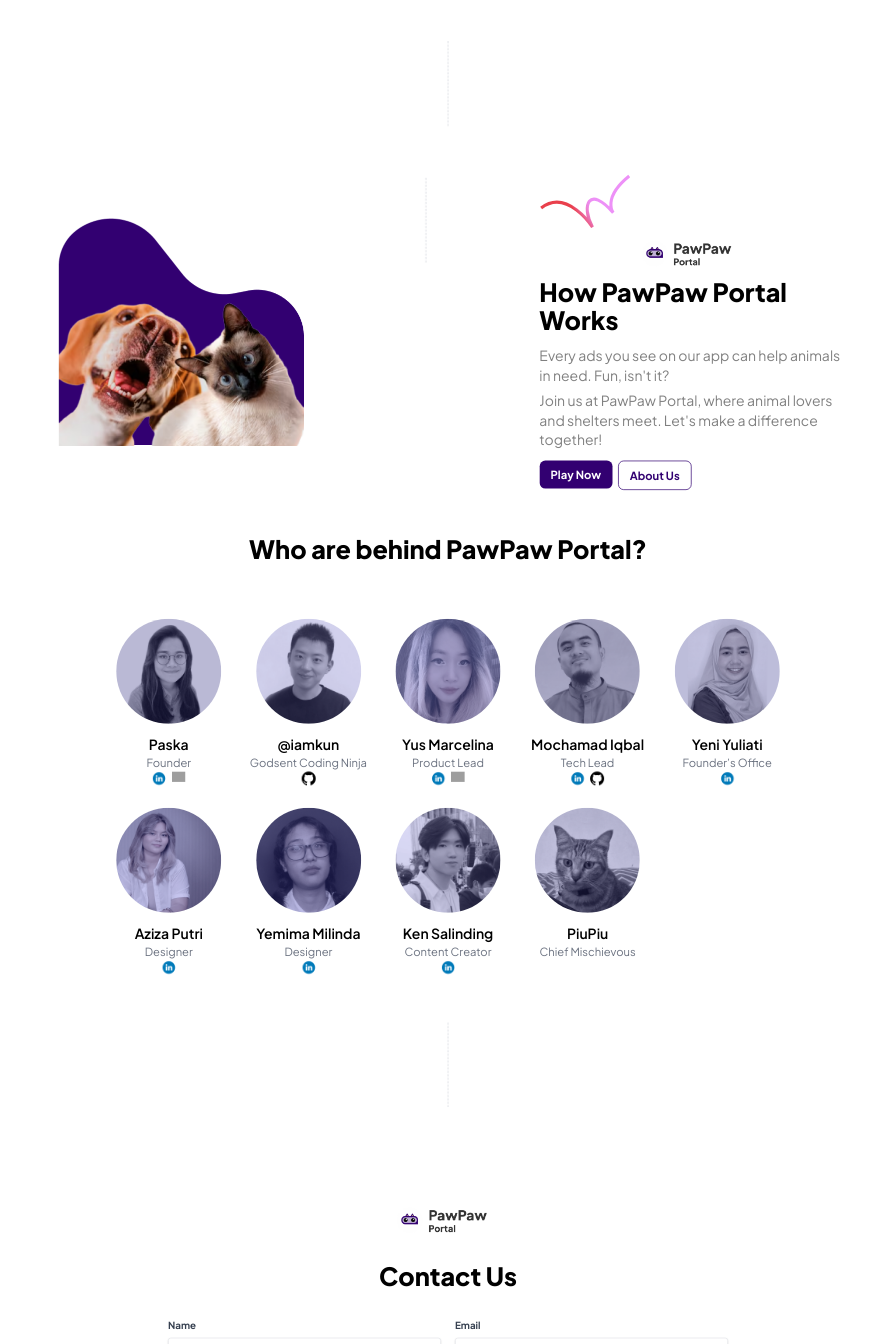
Repository: paskasiregar/pawpawwebsite
Page: /
The author's editor kept a copy of each file at every save. The page is drawn from the files as they stood at one save, then again after the next save.
The browser window is 1280 px wide. The pictures show the part of the page from y = 930 to 2850 px (the page is 3811 px tall before and 3980 px after), at 70% of full size.
Pictures or frames that could not be fetched are drawn as grey boxes. The project was rebuilt for these pictures with package versions that can differ from the ones it lists, and the page was loaded fresh each time. Some packages were replaced by stand-ins written for this rebuild. The framework's server and built-in components were replaced by stand-ins that run in the browser. Also part of the build but not shown: next.config.js, next.config.mjs.

Above is the page before, as saved 2024-09-11 19:14:14.

### src/app/layout.js
import { Inter } from "next/font/google";
import "./globals.css";
import { Analytics } from "@vercel/analytics/react";
import Script from "next/script";
import Head from "next/head";

const inter = Inter({ subsets: ["latin"] });

export const metadata = {
  title: "PawPaw Portal | Your One-Stop Shelter",
  description: "Your One-Stop Shelter",
};

export default function RootLayout({ children }) {
  return (
    <html lang="en">
      <Head>
        <meta
          name="google-adsense-account"
          content="ca-pub-4770655134097556"
        ></meta>
      </Head>
      <body className={inter.className}>{children}</body>
      {/* <Script
        type="text/javascript"
        src="//pl24310112.cpmrevenuegate.com/cc/a3/1e/cca31e5e9811b252527560f4431eff54.js"
      ></Script> */}
    </html>
  );
}

### src/app/page.js
import { Contact } from "@/components/contact";
import { Divider } from "@/components/divider";
import { Footer } from "@/components/footer";
import { Header } from "@/components/header";
import CTA from "@/components/CTA";
import Hero from "@/components/hero";
import PrimaryButton from "@/components/primaryButton";
import SecButton from "@/components/secButton";
import Image from "next/image";
import bannerImage from "../assets/banner.png";
import logoHeaderImage from "../assets/banner-10.png";
import Link from "next/link";
import Head from "next/head";
import Script from "next/script";
import Team from "@/components/team";

export default async function Home() {
  return (
    <div className="mt-40 mb-0 w-full font-plus-jakarta m-auto flex min-h-screen flex-col items-center justify-between">
      <Head></Head>
      {/* CPM Revenue script */}
      {/* <Script
        type="text/javascript"
        src="//pl24310112.cpmrevenuegate.com/cc/a3/1e/cca31e5e9811b252527560f4431eff54.js"
      ></Script>
      <Script
        type="text/javascript"
        src="//inmateimpossibility.com/cc/a3/1e/cca31e5e9811b252527560f4431eff54.js"
      ></Script> */}

      {/* Google Tag Manager script */}
      <Script
        async
        src="https://www.googletagmanager.com/gtag/js?id=G-JXSG3Z992D"
      ></Script>

      {/* Inline GTM script */}
      <Script
        id="google-analytics"
        dangerouslySetInnerHTML={{
          __html: `
            window.dataLayer = window.dataLayer || [];
            function gtag(){dataLayer.push(arguments);}
            gtag('js', new Date());
            gtag('config', 'G-JXSG3Z992D');
          `,
        }}
      />

      {/* Google Adsense*/}
      <Script
        async
        src="https://pagead2.googlesyndication.com/pagead/js/adsbygoogle.js?client=ca-pub-4770655134097556"
        crossorigin="anonymous"
      ></Script>

      {/* Consent
      <Script
        id="usercentrics-cmp"
        src="https://app.usercentrics.eu/browser-ui/latest/loader.js"
        data-settings-id="3G7ZX3kQGi-Q4R"
        async
      ></Script>
      <Script
        id="usercentrics-cmp"
        src="https://app.usercentrics.eu/browser-ui/latest/loader.js"
        data-settings-id="3G7ZX3kQGi-Q4R"
        async
      ></Script> */}

      <section className="w-full">
        <div className="centeredcontainer main-container">
          <Header />
        </div>
        <main className="main-container">
          <div className="animate-fade-in-up">
            <Hero />
          </div>
          <Divider />
          <div className="self-stretch bg-white flex flex-col md:flex-row">
            <div className="flex-1 relative h-48 md:h-[489px] z-[0] flex items-center justify-center">
              <Image
                className="w-[80%] h-auto object-cover"
                alt="banner"
                src={bannerImage}
                width={200}
                height={200}
              />
            </div>

            {/* How it works */}
            <Divider />
            <div
              id="how-it-works"
              className="flex-1 flex flex-col items-center md:items-start justify-center gap-4 p-4 md:p-8"
            >
              <div className="space-y-4">
                <div className="flex justify-center md:justify-start">
                  <svg
                    width="130"
                    height="77"
                    viewBox="0 0 130 77"
                    fill="none"
                    xmlns="http://www.w3.org/2000/svg"
                  >
                    <path
                      d="M2.04016 48.038C39.1938 19.0059 75.4362 75.5193 75.4362 75.5193C58.6481 44.4597 70.5515 14.7701 105.05 54.8444C105.05 54.8444 88.8644 34.0647 127.885 2.52962"
                      stroke="url(#paint0_linear_545_35744)"
                      strokeWidth="4.42591"
                      strokeMiterlimit="10"
                      strokeLinejoin="bevel"
                    />
                    <defs>
                      <linearGradient
                        id="paint0_linear_545_35744"
                        x1="19.971"
                        y1="73.8863"
                        x2="126.116"
                        y2="-0.218346"
                        gradientUnits="userSpaceOnUse"
                      >
                        <stop offset="0.2868" stopColor="#E9404C" />
                        <stop offset="0.2967" stopColor="#EA475C" />
                        <stop offset="0.3252" stopColor="#EB5B85" />
                        <stop offset="0.3554" stopColor="#EB6CA8" />
                        <stop offset="0.3871" stopColor="#EC79C5" />
                        <stop offset="0.4209" stopColor="#EC84DB" />
                        <stop offset="0.4577" stopColor="#ED8BEB" />
                        <stop offset="0.4998" stopColor="#ED90F4" />
                        <stop offset="0.5589" stopColor="#ED91F7" />
                      </linearGradient>
                    </defs>
                  </svg>
                </div>
                <div className="hidden md:flex items-center justify-center">
                  <Image
                    className="w-36 h-10 object-cover"
                    alt="Logo"
                    src={logoHeaderImage}
                    width={120}
                    height={20}
                  />
                </div>
                <div className="flex flex-col items-center md:items-start">
                  <div className="relative font-extrabold text-2xl md:text-4xl text-center md:text-left">
                    How PawPaw Portal Works
                  </div>
                </div>
                <div className="self-stretch flex flex-col md:flex-row items-center md:items-start justify-start text-lg md:text-xl text-gray-500">
                  <div className="flex-1 flex flex-col items-center md:items-start justify-start">
                    <div className="self-stretch">
                      <p className="m-0 text-center md:text-left">
                        Every ads you see on our app can help animals in need.
                        Fun, isn&apos;t it?
                      </p>
                      <p className="m-2"></p>
                      <p className="m-0 text-center md:text-left">
                        Join us at PawPaw Portal, where animal lovers and
                        shelters meet. Let&apos;s make a difference together!
                      </p>
                    </div>
                  </div>
                </div>
                <div className="flex flex-col md:flex-row gap-2">
                  <Link href="https://game.pawpawportal.com">
                    <PrimaryButton
                      className="w-full"
                      href="https://game.pawpawportal.com"
                    >
                      Play Now
                    </PrimaryButton>
                  </Link>
                  <Link
                    href="#team"
                    className="flex flex-col md:flex-row gap-2"
                  >
                    <SecButton>About Us</SecButton>
                  </Link>
                </div>
              </div>
            </div>
          </div>
          <Team />
          <Divider />
          <Contact />
        </main>
        <div className="w-full">
          <div>
            <CTA />
          </div>
          <div id="about-us">
            <Footer />
          </div>
        </div>
      </section>
    </div>
  );
}

### src/app/globals.css
@import url("https://fonts.googleapis.com/css2?family=Plus+Jakarta+Sans:wght@400;600;700;800&display=swap");

@tailwind base;
@tailwind components;
@tailwind utilities;

html,
body {
  width: 100%;
  height: 100%;
  margin: 0;
  padding: 0;
}

p,
ul {
  color: gray;
  margin-bottom: 2px;
}

section {
  margin-bottom: 8px;
}

.hero-bg {
  display: flex;
  background: radial-gradient(circle,
      rgb(204, 188, 230) 10%,
      rgb(255, 255, 255) 50%);
}

.cta-container {
  display: flex;
  justify-content: center;
  align-items: center;
  position: relative;
  background: radial-gradient(circle, rgb(14, 4, 4) 0%, rgb(14, 1, 51) 100%);
  padding: 20px;
  gap: 20px;
  min-height: 200px;
}

.cta-button {
  display: inline-block;
  padding: 20px 40px;
  font-size: 24px;
  font-weight: bold;
  color: white;
  background: black;
  border-radius: 40px;
  position: relative;
  z-index: 1;
  overflow: hidden;
  transition: all 0.3s ease;
  text-align: center;
}

.cta-button::before {
  content: "";
  position: absolute;
  top: -2px;
  left: -2px;
  right: -2px;
  bottom: -2px;
  background: linear-gradient(90deg,
      rgb(255, 244, 97) 0%,
      rgb(187, 61, 255) 50%,
      rgb(142, 23, 23) 100%);
  z-index: -1;
  border-radius: inherit;
}

.cta-button::after {
  content: "";
  position: absolute;
  top: 2px;
  left: 2px;
  right: 2px;
  bottom: 2px;
  background: black;
  z-index: -1;
  border-radius: inherit;
}

.cta-button:hover {
  color: rgb(237, 246, 133);
  background: white;
}

.footer-bg {
  background: radial-gradient(circle, rgb(14, 4, 4) 0%, rgb(14, 1, 51) 100%);
  color: white;
  text-align: center;
  padding: 20px;
}

.centeredcontainer {
  width: 100vw;
  height: auto;
}

.main-container {
  width: 100%;
  max-width: 1200px;
  margin: 0 auto;
  padding: 0;
}

.header-content {
  max-width: 1200px;
  /* You can adjust this depending on your design */
  margin: 0 auto;
  padding: 0 20px;
  /* Add some padding to prevent the content from touching the edges */
  display: flex;
  justify-content: space-between;
  align-items: center;
  width: 100%;
}

.header-logo-button {
  display: flex;
  flex-direction: row;
  align-items: center;
  gap: 16px;
  /* Adjust spacing as needed */
}

html {
  scroll-behavior: smooth;
}

### src/components/divider.jsx
export const Divider = () => {
  return (
    <div className="self-stretch h-[195px] flex flex-row items-center justify-center py-16 px-[130px] box-border">
      <div className="w-px relative box-border h-[121px] border-r-[1px] border-dashed border-gray-300" />
    </div>
  );
};

### src/components/header.jsx
import Link from "next/link";
import PrimaryButton from "@/components/primaryButton";
import React from "react";
import Image from "next/image";
import logoHeaderImage from "../assets/banner-10.png";

export const Header = () => {
  return (
    <div className="w-full bg-white fixed top-0 shadow-sm z-10">
      <div className="bg-white max-w-7xl flex justify-between items-center p-4">
        <div className="flex items-center space-x-4">
          <Link href="/">
            <Image
              className="w-36 h-10 object-cover"
              alt="Logo"
              src={logoHeaderImage}
              width={120}
              height={20}
            />
          </Link>
        </div>

        <div className="hidden md:flex flex-row space-x-8 items-center">
          <Link href="#how-it-works" className="text-gray-500">
            How It Works
          </Link>
          <Link href="#team" className="text-gray-500">
            About Us
          </Link>
          <Link href="/privacy" className="text-gray-500">
            Privacy Policy
          </Link>
        </div>

        <div>
          <Link href="https://game.pawpawportal.com">
            <PrimaryButton href="https://game.pawpawportal.com">
              Be Our Hero Today!
            </PrimaryButton>
          </Link>
        </div>
      </div>
    </div>
  );
};

export default Header;

### src/components/CTA.jsx
import React from "react";
import Link from "next/link";

const CTA = () => {
  return (
    <div className="cta-container font-plus-jakarta p-4 md:p-8 flex flex-col md:flex-row items-center justify-center">
      <svg
        className="cta-decoration mb-4 md:mb-0 md:mr-4"
        width="48"
        height="46"
        viewBox="0 0 48 46"
        fill="none"
        xmlns="http://www.w3.org/2000/svg"
      >
        <path
          d="M2 46C2 27.296 29.551 30.0086 36.5736 34.5625C36.5736 34.5625 14.4611 2 47.5714 2"
          stroke="url(#cta_gradient)"
          strokeWidth="3.92857"
          strokeMiterlimit="10"
          strokeLinejoin="bevel"
        />
        <defs>
          <linearGradient
            id="cta_gradient"
            x1="37.3571"
            y1="2"
            x2="7.5"
            y2="46"
            gradientUnits="userSpaceOnUse"
          >
            <stop stopColor="#FF2445" />
            <stop offset="1" stopColor="#F5AB0E" />
          </linearGradient>
        </defs>
      </svg>
      <Link href="https://game.pawpawportal.com">
        <div className="cta-button text-center bg-gradient-to-r from-orange-500 to-pink-500 text-white font-bold py-2 px-4 rounded-lg shadow-lg cursor-pointer">
          Play Our Game Now
        </div>
      </Link>
    </div>
  );
};

export default CTA;

### src/components/primaryButton.jsx
import React from "react";

const PrimaryButton = ({ children, onClick, href }) => {
  return (
    <button
      className="bg-inherit-320071 text-white font-bold py-2 px-4 rounded-lg w-full"
      onClick={onClick}
    >
      {children}
    </button>
  );
};

export default PrimaryButton;

### src/components/secButton.jsx
import React from "react";

const SecButton = ({ children, onClick }) => {
  return (
    <button
      className="bg-white border border-inherit-320071 text-inherit-320071 font-bold py-2 px-4 rounded-lg"
      onClick={onClick}
    >
      {children}
    </button>
  );
};

export default SecButton;

### src/components/team.jsx
import React from "react";
import Member from "./members";
import paska from "@/assets/paska.png"; // Replace with actual image paths
import kun from "@/assets/kun.png";
import yus from "@/assets/yus.png";
import iqbal from "@/assets/iqbal.png";
import julie from "@/assets/julie.png";
import aziza from "@/assets/aziza.png";
import yemima from "@/assets/yemima.png";
import ken from "@/assets/ken.png";
import piupiu from "@/assets/piupiu.png";

const teamMembers = [
  {
    name: "Paska",
    role: "Founder",
    imageSrc: paska,
    linkedinUrl: "https://www.linkedin.com/in/pas-ka",
    websiteUrl: "https://www.hellopaska.com",
  },
  {
    name: "@iamkun",
    role: "Godsent Coding Ninja",
    imageSrc: kun,
    githubUrl: "https://github.com/iamkun",
  },
  {
    name: "Yus Marcelina",
    role: "Product Lead",
    imageSrc: yus,
    linkedinUrl: "https://www.linkedin.com/in/yusmarcelina/",
    websiteUrl: "https://yusmarcelina.wixsite.com/yusmarcelina",
  },
  {
    name: "Mochamad Iqbal",
    role: "Tech Lead",
    imageSrc: iqbal,
    linkedinUrl: "https://www.linkedin.com/in/mochadwi/",
    githubUrl: "https://github.com/mochadwi",
  },
  {
    name: "Yeni Yuliati",
    role: "Founder’s Office",
    imageSrc: julie,
    linkedinUrl: "https://www.linkedin.com/in/yeniyuliati/",
  },
  {
    name: "Aziza Putri",
    role: "Designer",
    imageSrc: aziza,
    linkedinUrl: "https://www.linkedin.com/in/aziza-wienneta/",
  },
  {
    name: "Yemima Milinda",
    role: "Designer",
    imageSrc: yemima,
    linkedinUrl: "https://www.linkedin.com/in/yemimamillinda/",
  },
  {
    name: "Ken Salinding",
    role: "Content Creator",
    imageSrc: ken,
    linkedinUrl: "https://www.linkedin.com/in/askenassalinding/",
  },
  {
    name: "PiuPiu",
    role: "Chief Mischievous",
    imageSrc: piupiu,
  },
];

const Team = () => {
  return (
    <div
      id="team"
      className="flex-1 flex flex-col items-center md:items-center justify-center gap-4 z-[1] p-4 md:p-8"
    >
      <div className="flex flex-col items-center md:items-center mb-8">
        <div className="relative font-extrabold text-2xl md:text-4xl text-center mb-8">
          Who are behind PawPaw Portal?
        </div>
      </div>

      <div className="grid grid-cols-2 sm:grid-cols-2 md:grid-cols-3 lg:grid-cols-5 gap-6 md:gap-8 justify-center">
        {teamMembers.map((member, index) => (
          <Member
            key={index}
            name={member.name}
            role={member.role}
            imageSrc={member.imageSrc}
            linkedinUrl={member.linkedinUrl}
            githubUrl={member.githubUrl}
            websiteUrl={member.websiteUrl}
          />
        ))}
      </div>
    </div>
  );
};

export default Team;

### src/components/nameInput.jsx
import React from "react";

const NameInput = ({ value, onChange }) => {
  return (
    <div className="mb-4">
      <label
        className="block text-gray-700 text-sm font-bold mb-2"
        htmlFor="name"
      >
        Name
      </label>
      <input
        id="name"
        type="text"
        value={value}
        onChange={onChange}
        className="shadow appearance-none border rounded w-full py-2 px-3 text-gray-700 leading-tight focus:outline-none focus:shadow-outline"
        placeholder="Your Name"
      />
    </div>
  );
};

export default NameInput;

### src/components/emailInput.jsx
import React from "react";

const EmailInput = ({ value, onChange }) => {
  return (
    <div className="mb-4">
      <label
        className="block text-gray-700 text-sm font-bold mb-2"
        htmlFor="email"
      >
        Email
      </label>
      <input
        id="email"
        type="email"
        value={value}
        onChange={onChange}
        className="shadow appearance-none border rounded w-full py-2 px-3 text-gray-700 leading-tight focus:outline-none focus:shadow-outline"
        placeholder="Your Email"
      />
    </div>
  );
};

export default EmailInput;

### src/components/mesageInput.jsx
import React from "react";

const MessageInput = ({ value, onChange }) => {
  return (
    <div className="mb-4">
      <label
        className="block text-gray-700 text-sm font-bold mb-2"
        htmlFor="message"
      >
        Message
      </label>
      <textarea
        id="message"
        value={value}
        onChange={onChange}
        className="shadow appearance-none border rounded w-full py-2 px-3 text-gray-700 leading-tight focus:outline-none focus:shadow-outline"
        placeholder="Your Message"
        rows="5"
      />
    </div>
  );
};

export default MessageInput;

### src/components/members.jsx
"use client";

import React from "react";
import Image from "next/image";
import Link from "next/link";
import linkedin from "../assets/linkedin.webp";
import github from "../assets/github.png";
import website from "../assets/website.png";

// const Member = ({ name, role, imageSrc, linkedinUrl, githubUrl, websiteUrl }) => {
//   console.log("GitHub URL: ", githubUrl);
//   console.log("LinkedIn URL: ", linkedinUrl);
//   console.log("Website URL: ", websiteUrl);

const Member = ({
  name,
  role,
  imageSrc,
  linkedinUrl,
  githubUrl,
  websiteUrl,
}) => {
  return (
    <div className="flex flex-col items-center">
      <Image
        className="rounded-full object-cover"
        alt={name}
        src={imageSrc}
        width={150}
        height={150}
        sizes="(max-width: 768px) 100px, (max-width: 1200px) 150px, 200px"
      />
      <div className="text-xl font-semibold mt-4">{name}</div>
      <div className="text-gray-500">{role}</div>
      <div className="flex gap-2">
        {linkedinUrl && (
          <Link href={linkedinUrl} passHref>
            <Image src={linkedin} alt="LinkedIn" width={20} height={20} />
          </Link>
        )}
        {githubUrl && (
          <Link href={githubUrl} passHref>
            <Image src={github} alt="GitHub" width={20} height={20} />
          </Link>
        )}
        {websiteUrl && (
          <Link href={websiteUrl} passHref>
            <Image src={website} alt="Website" width={20} height={20} />
          </Link>
        )}
      </div>
    </div>
  );
};

export default Member;

Loaded but not shown: tailwind.config.js (33 lines, source omitted); src/components/hero.jsx (218 lines, source omitted); src/components/footer.jsx (175 lines, source omitted); src/components/contact.jsx (96 lines, source omitted)

After the next save:
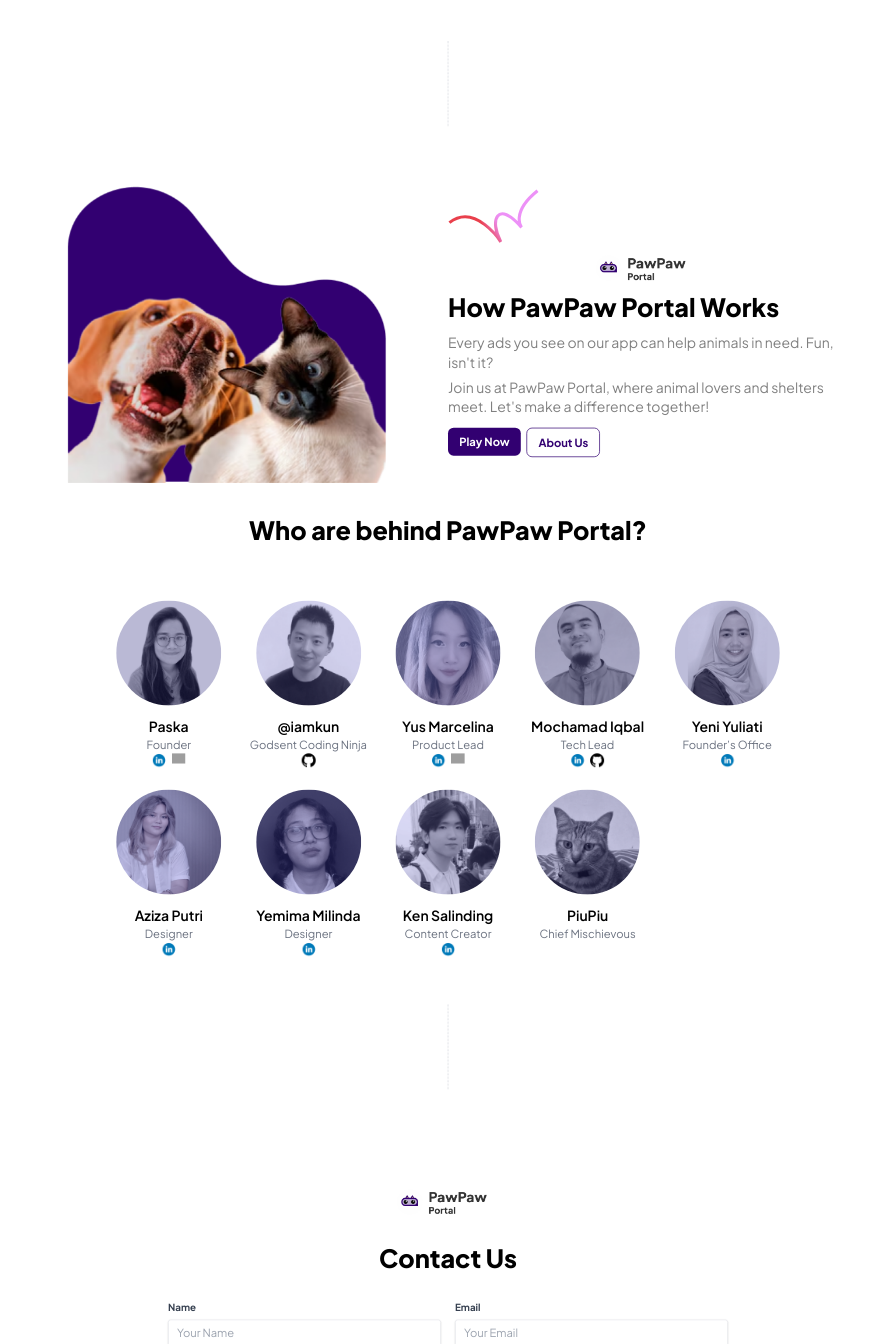
Saved 88 s later.
--- a/src/app/page.js
+++ b/src/app/page.js
@@ -89,7 +89,6 @@ export default async function Home() {
             </div>
 
             {/* How it works */}
-            <Divider />
             <div
               id="how-it-works"
               className="flex-1 flex flex-col items-center md:items-start justify-center gap-4 p-4 md:p-8"
@@ -183,6 +182,7 @@ export default async function Home() {
           <Team />
           <Divider />
           <Contact />
+          <Divider />
         </main>
         <div className="w-full">
           <div>
